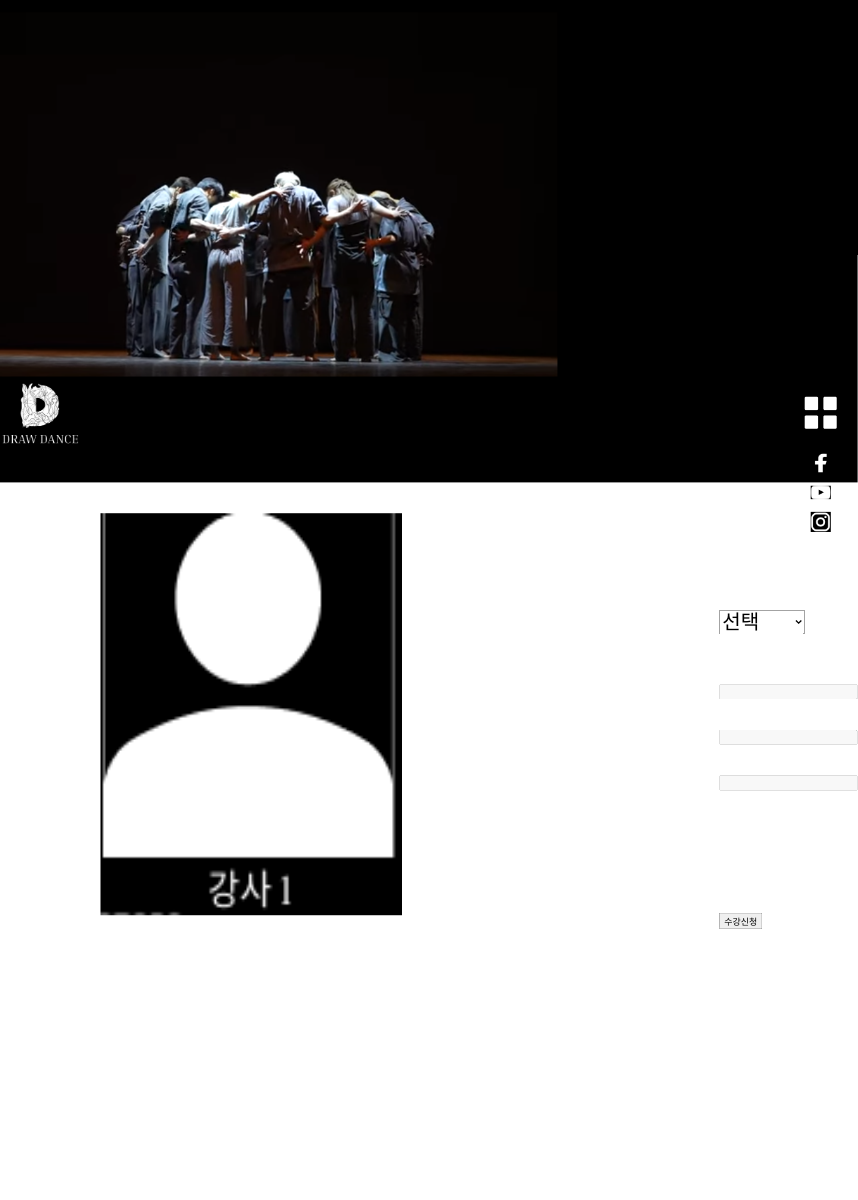
Repository: seonghun9906/semiProject
Page: http://localhost/drawAcademy/WEB-INF/views/Class/class1.jsp
An editor plug-in stored every save of this project. The page is shown before and after the next save, followed by the edit.
The browser window is 1280 px wide. The pictures show the whole page, at 67% of full size.
The page is served by Tomcat 9. Nobody is signed in. The template is opened directly, without the code that normally fills it, so the values that code supplies are empty.

Above is the page before, as saved 2024-02-27 05:51:10.
Console error: SyntaxError: Unexpected token ','

After the next save:
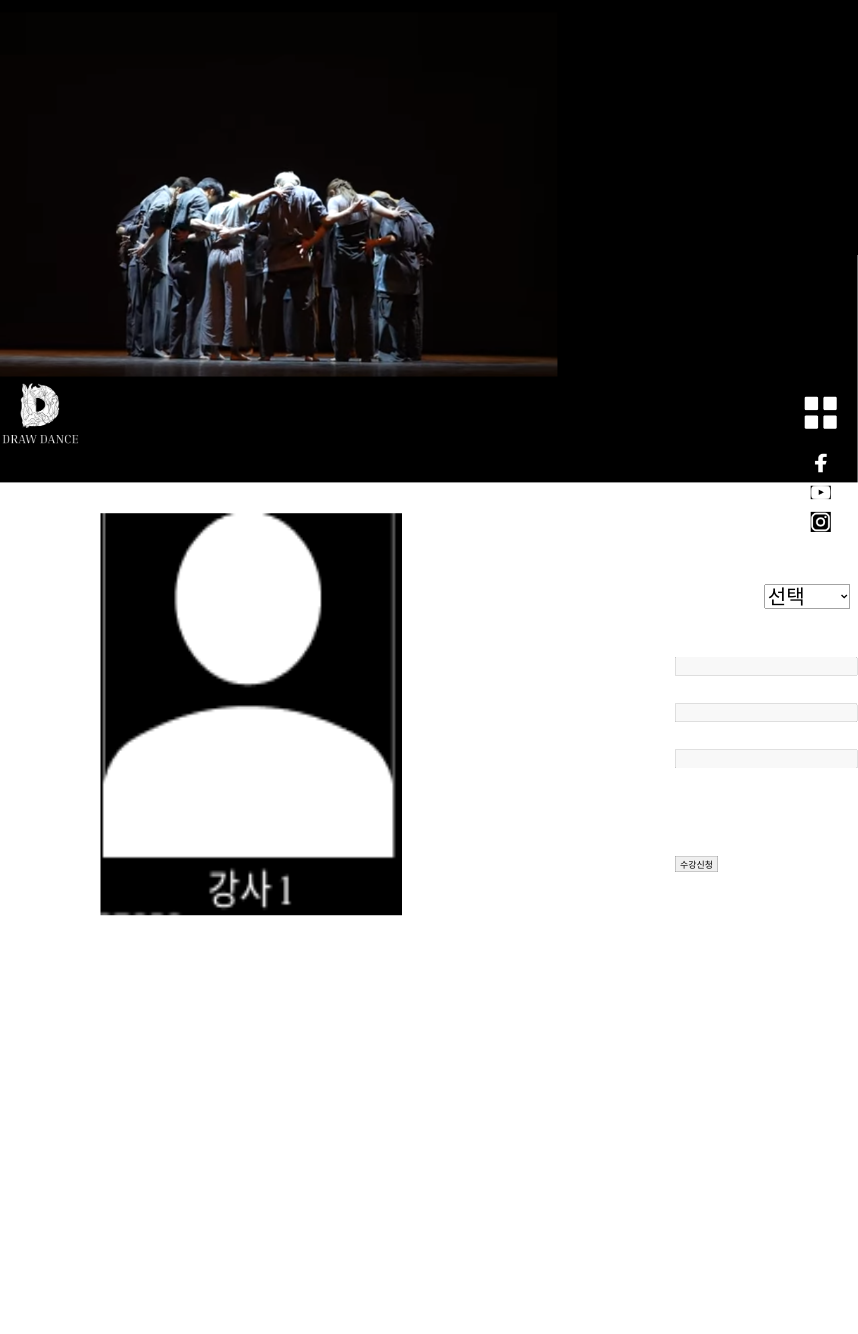
Saved 7 s later.
--- a/drawAcademy/src/main/webapp/resources/css/class1.css
+++ b/drawAcademy/src/main/webapp/resources/css/class1.css
@@ -178,7 +178,7 @@
 
 }
 .className{
-	font-size : 15px;
+	font-size : 20px;
 	color :black;
 
 }
